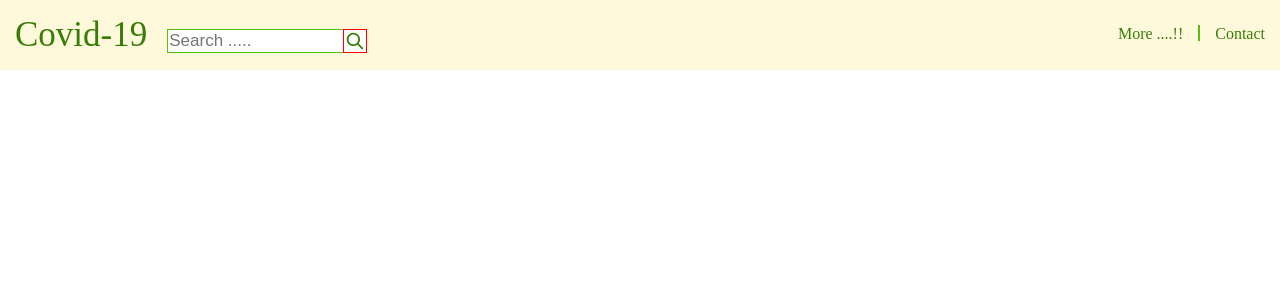
Repository: thuongton98/Covid
Page: html-css-js/index.html
These files come from the project's save history. The page is drawn as it stood at one moment and after the next save; the edit follows.
The browser window is 1280 px wide. The pictures show the whole page.

Above is the page before, as saved 2021-07-01 09:18:35.

After the next save:
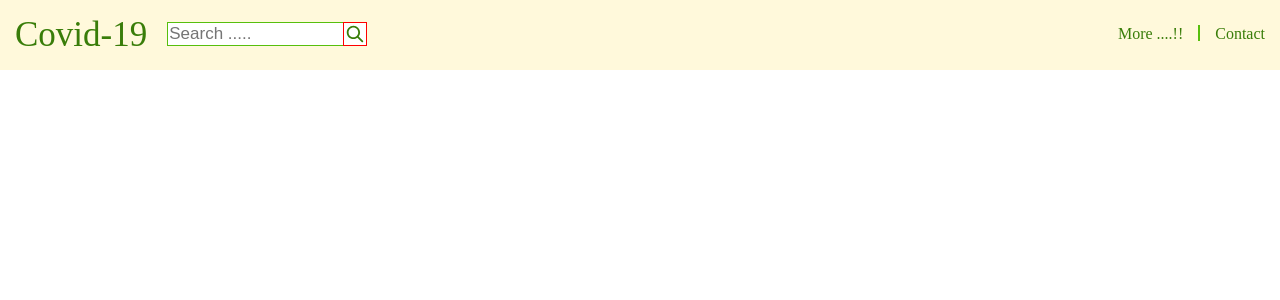
Saved 24 s later.
--- a/html-css-js/styles.css
+++ b/html-css-js/styles.css
@@ -62,7 +62,7 @@ nav .icon .icon-i{
 nav .icon .icon-search{
     margin-left:20px;
     position: relative;
-   top:7px;
+
 }
 
 
